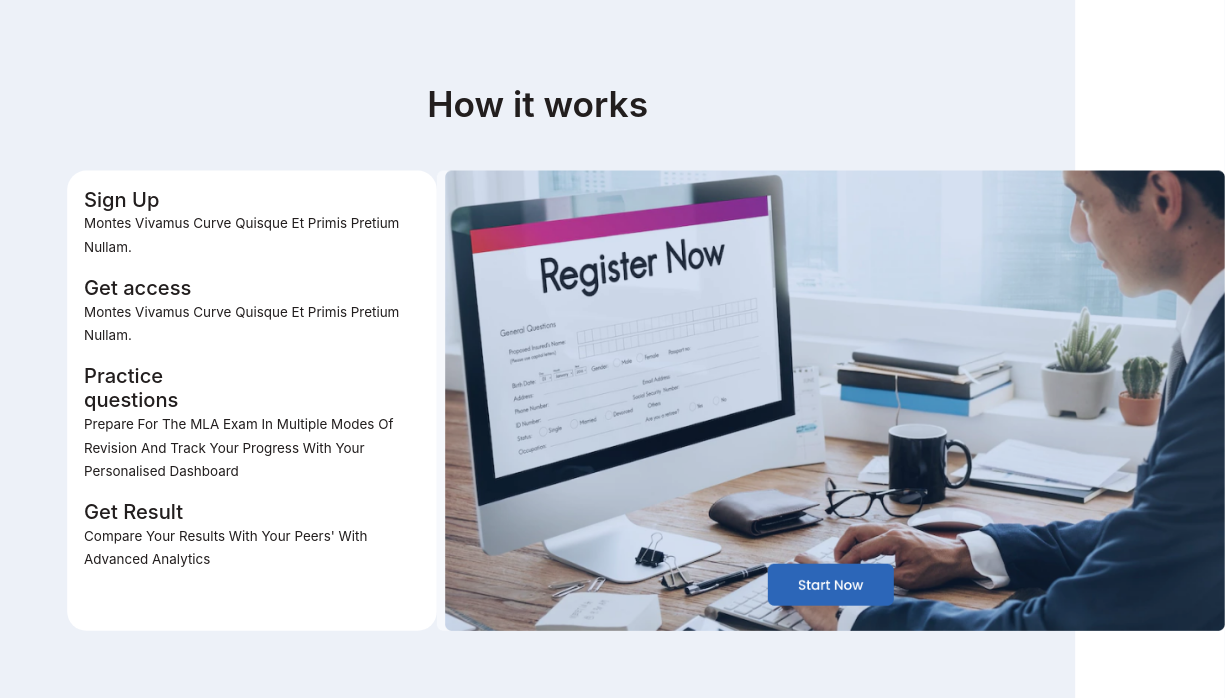
Repository: FaridRustamov09/Final-Task
Page: Pages/aboutPage/index.html
These files come from the project's save history. The page is drawn as it stood at one moment and after a run of saves; the edit follows.
The browser window is 1280 px wide. The page is 1458 px wide, then 1280 px, so the pictures cover 1458 px, including what lies to the right of the window. The pictures show the whole page, at 84% of full size.
The style sheet was rebuilt from its Sass, Less or Tailwind sources for each picture, by a compiler version that may differ from the author's.

Above is the page before, as saved 2024-07-14 20:30:32.

After the next 2 saves:
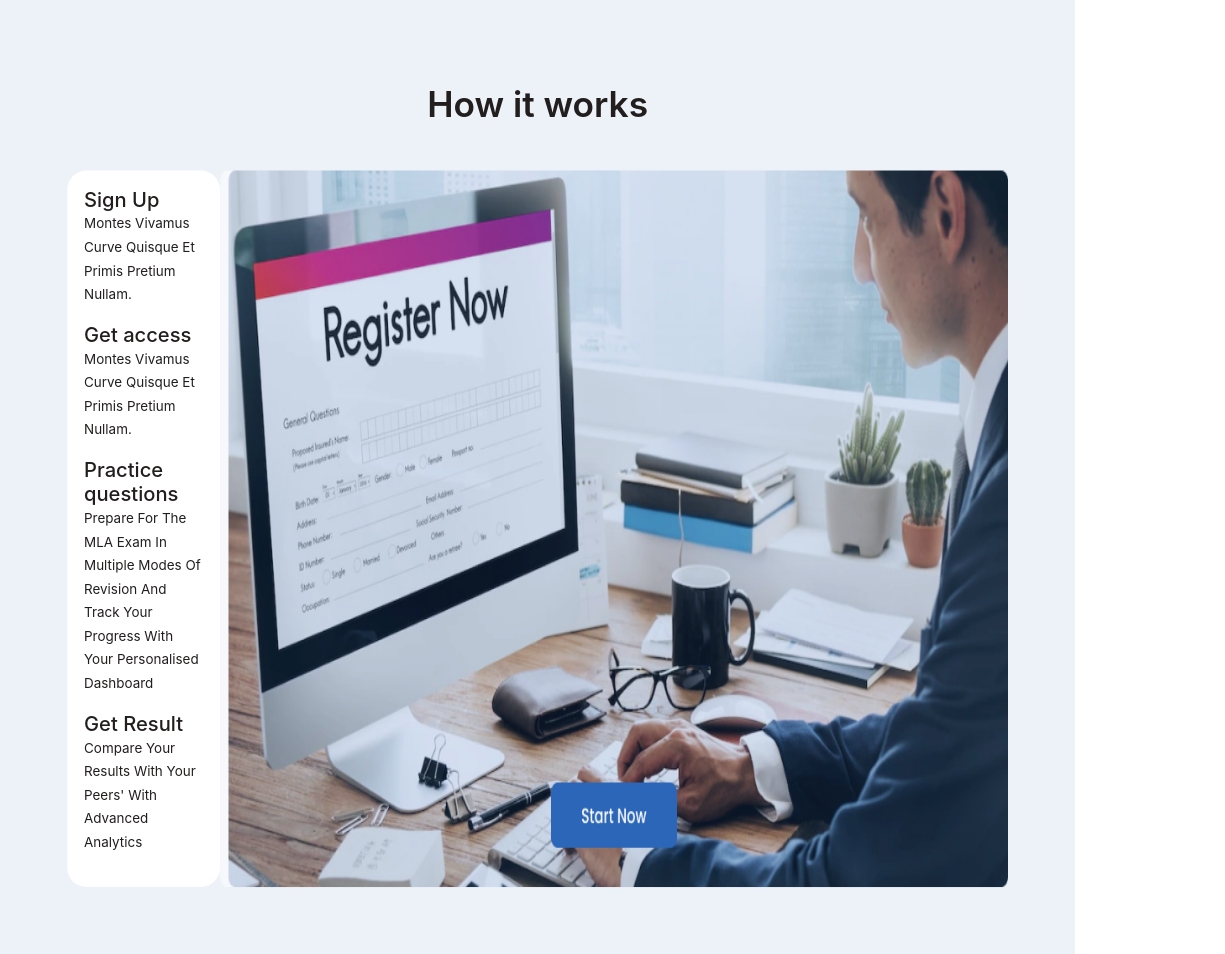
The 2 saves are shown as one change because they came seconds apart.
The last was saved 9 s later.
--- a/Pages/aboutPage/index.scss
+++ b/Pages/aboutPage/index.scss
@@ -36,7 +36,6 @@
             font-style: normal;
             font-weight: 500;
             line-height: normal;
-            width: 156px;
           }
           p {
             color: var(--black, #221e1e);
@@ -46,7 +45,6 @@
             font-weight: 400;
             line-height: 28px;
             text-transform: capitalize;
-            width: 400px;
           }
         }
       }
